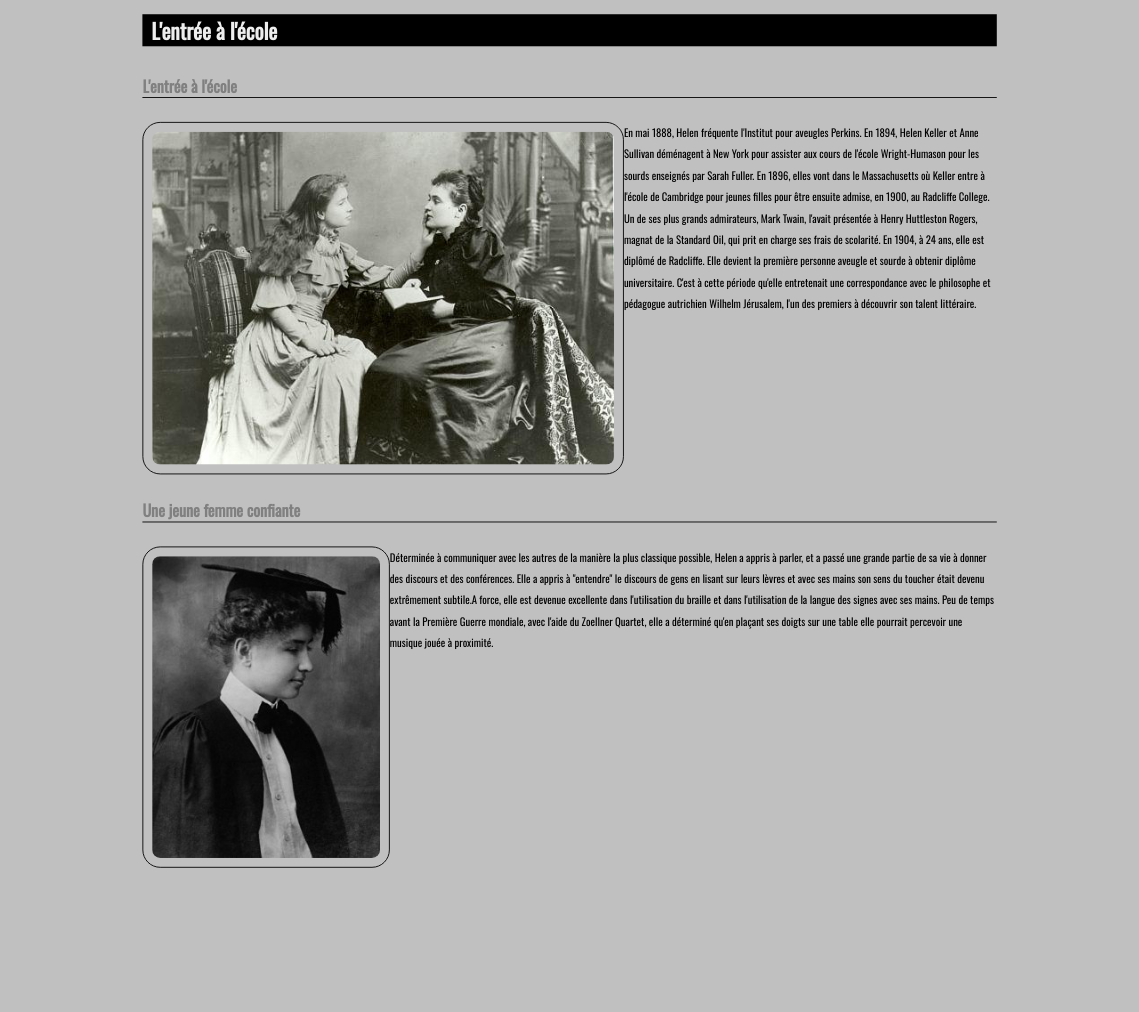
Repository: Luc010/Exercices
Page: HTML CSS/biographie_helen_keller/education.html
These files come from the project's save history. The page is drawn as it stood at one moment and after the next save; the edit follows.
The browser window is 1280 px wide. The pictures show the whole page, at 89% of full size.

Above is the page before, as saved 2019-09-04 15:21:47.

After the next save:
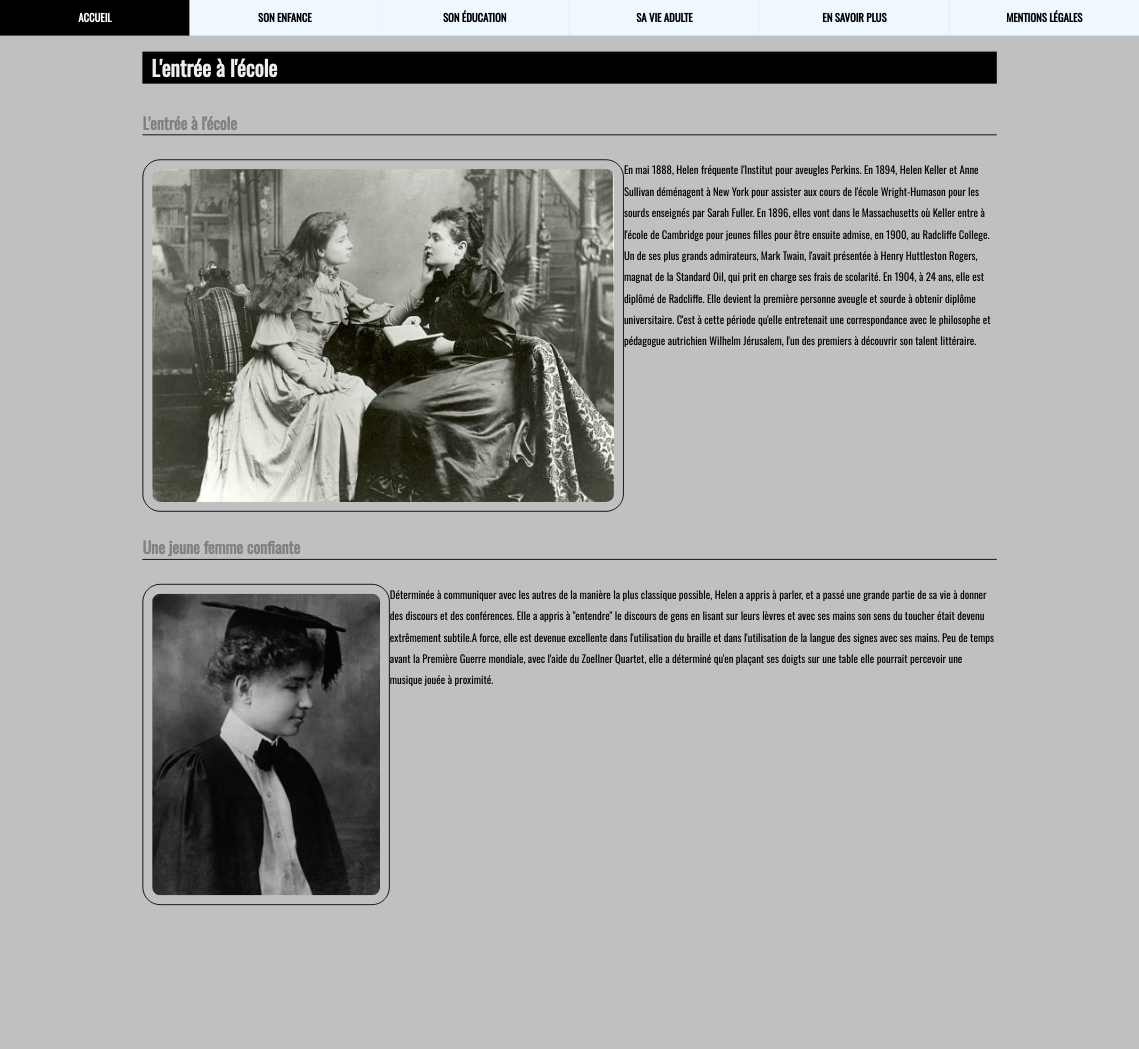
Saved 4 s later.
--- a/HTML CSS/biographie_helen_keller/education.html
+++ b/HTML CSS/biographie_helen_keller/education.html
@@ -8,9 +8,18 @@
     <link href="style.css" rel="stylesheet">
 </head>
 <body>
-    <header>
-    </header>
-
+        <header>
+            </header>
+            <nav>
+                <ul>
+                    <li><a href="index.html">Accueil</a></li>
+                    <li><a href="enfance.html">Son enfance</a></li>
+                    <li><a href="education.html">Son éducation</a></li>
+                    <li><a href="adulte.html">Sa vie adulte</a></li>
+                    <li><a href="savoirplus.html">En savoir plus</a></li>
+                    <li><a href="mentions.html">Mentions légales</a></li>
+                </ul>
+            </nav>
     <main>
         <div class="container">
             <h1>L'entrée à l'école</h1>
